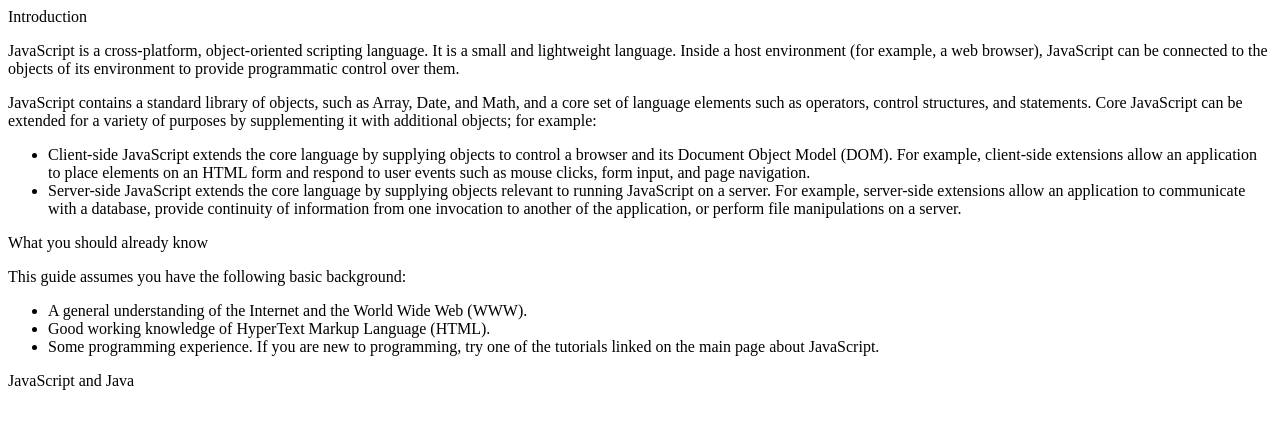
Repository: Lungdjos/technical_document_page_certificate
Page: index.html
These files come from the project's save history. The page is drawn as it stood at one moment and after the next save; the edit follows.
The browser window is 1280 px wide. The pictures show the whole page.

Above is the page before, as saved 2023-11-19 22:28:29.

After the next save:
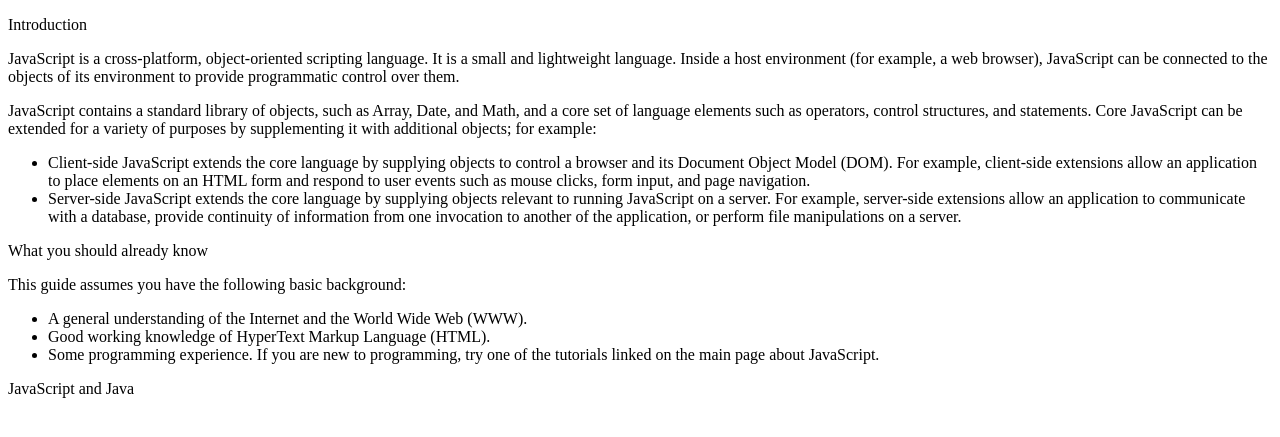
Saved 17 s later.
--- a/index.html
+++ b/index.html
@@ -11,6 +11,7 @@
 <body>
     <nav id="nav-bar">
         <header></header>
+        <ul></ul>
     </nav>
     <main id="main-doc">
         <section class="main-section" id="Introduction">
